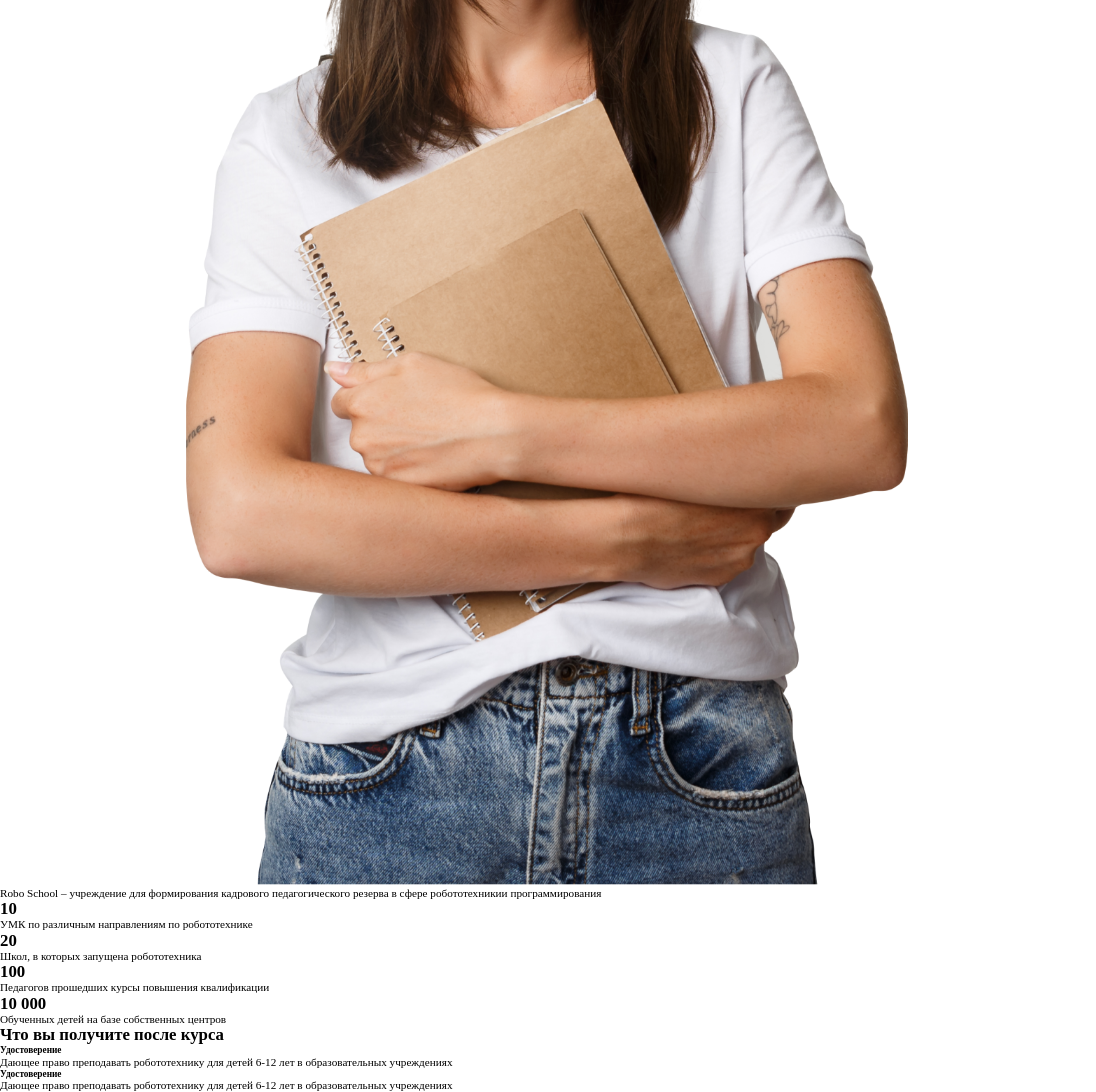
Repository: Shaiyr1/robo
Page: index.html
The author's editor kept a copy of each file at every save. The page is drawn from the files as they stood at one save, then again after a run of saves.
The browser window is 1280 px wide. The page is 1566 px wide, so the pictures cover 1566 px, including what lies to the right of the window. The pictures show the part of the page from y = 726 to 2286 px (the page is 2286 px tall before and 2270 px after), at 70% of full size.

Above is the page before, as saved 2026-11-02 16:45:06.

After the next 2 saves:
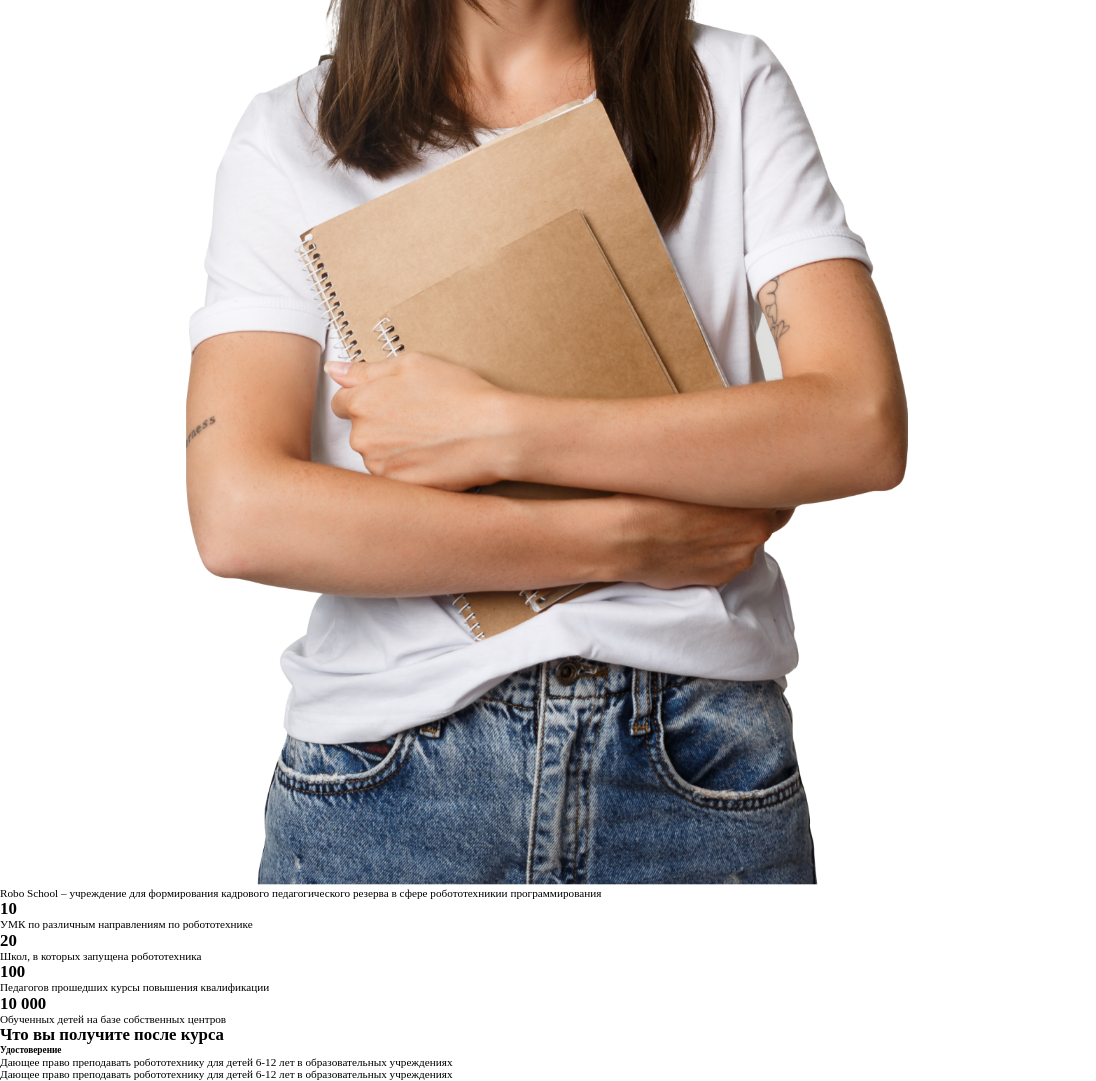
The 2 saves are shown as one change because they came seconds apart.
The last was saved 6 s later.
--- a/index.html
+++ b/index.html
@@ -84,8 +84,9 @@
                         <p class="result-block__text">Дающее право преподавать робототехнику для детей 6-12 лет в образовательных учреждениях</p>
                     </div>
                     <div class="result-block">
-                        <h5 class="result-block__title">Удостоверение</h5>
-                        <p class="result-block__text">Дающее право преподавать робототехнику для детей 6-12 лет в образовательных учреждениях</p>
+                        <h5 class="result-block__title"></h5>
+                        <p class="result-block__text">
+                            Дающее право преподавать робототехнику для детей 6-12 лет в образовательных учреждениях</p>
                     </div>
                 </div>
             </div>
